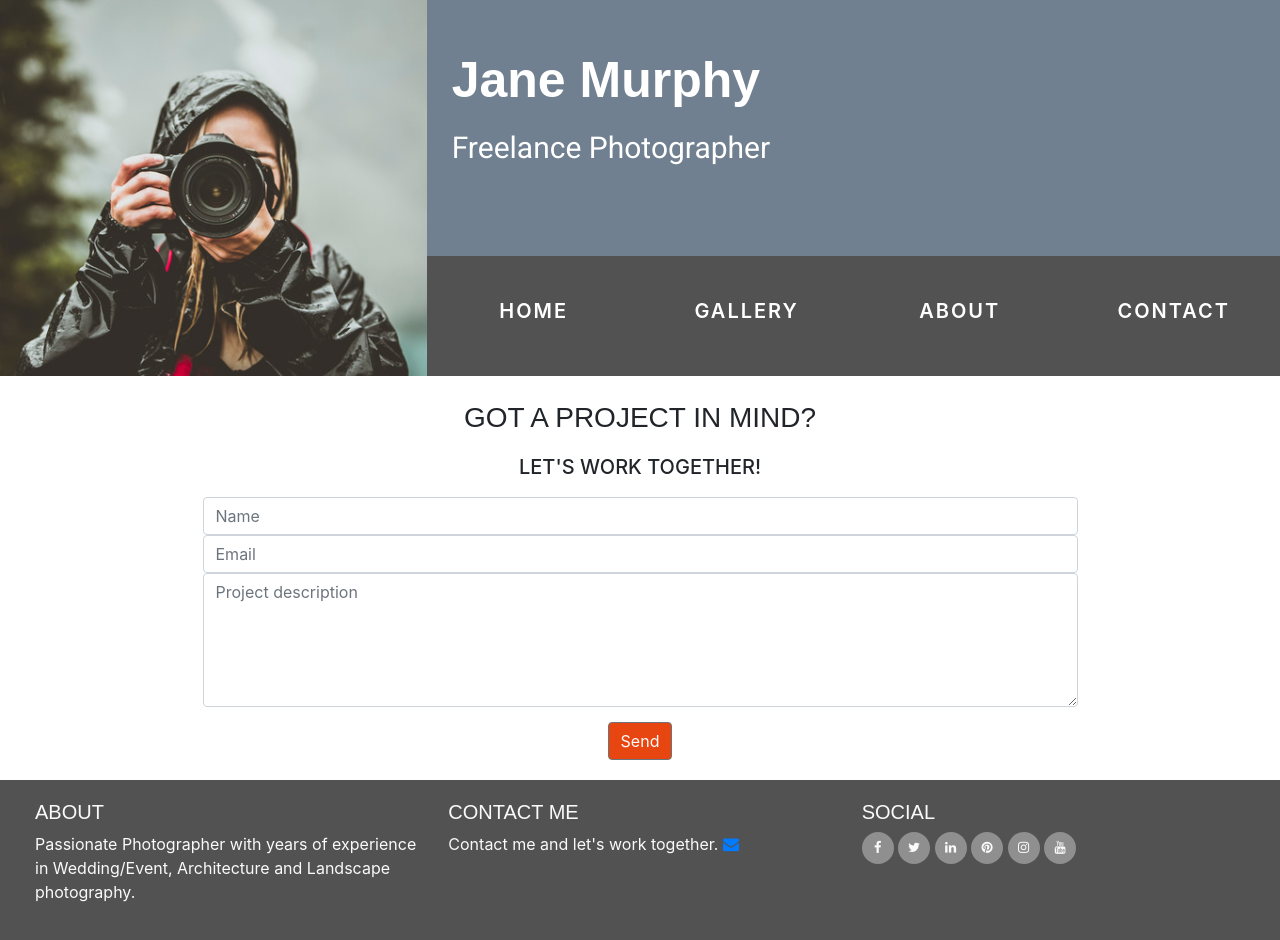
Repository: Code-Institute-Submissions/MrChrisRandall-milestone-1
Page: contact.html
The author's editor kept a record of every edit. The page is drawn from the files as they stood at one moment, then again after the next edit.
The browser window is 1280 px wide. The pictures show the whole page.

Above is the page before.

### contact.html
<!DOCTYPE html>
<html lang="en">

<head>
    <meta charset="UTF-8">
    <meta name="viewport" content="width=device-width, initial-scale=1.0">
    <meta http-equiv="X-UA-Compatible" content="ie=edge">
    <link rel="stylesheet" href="https://stackpath.bootstrapcdn.com/bootstrap/4.3.1/css/bootstrap.min.css" type="text/css" />
    <link rel="stylesheet" href="https://stackpath.bootstrapcdn.com/font-awesome/4.7.0/css/font-awesome.min.css" type="text/css" />
    <link rel="stylesheet" href="https://cdnjs.cloudflare.com/ajax/libs/hover.css/2.3.1/css/hover-min.css" type="text/css" />
    <link rel="stylesheet" href="assets/css/style.css" type="text/css" />
    <title>Studio 21</title>
</head>

<body>
    <header>
        <div class="row no-gutters">
            <a href="index.html" class="col-md-4 logo">

            </a>
            <div class="col-md-8">
                <div class="row no-gutters bg-color-name-title">
                    <div class="col heading">
                        <h1 class="name">Jane Murphy</h1>
                        <h2 class="title">Freelance Photographer</h2>
                    </div>
                </div>
                <div class="row no-gutters">
                    <div class="col">
                        <ul id="nav" class="list-inline menucontainer">
                            <li class="col-2 col-sm-3 ui-menu-color-home list-inline-item menuitem">
                                <a href="#" class="hvr-grow-shadow"><span>Home</span></a>
                            </li>
                            <li class="col-2 col-sm-3 ui-menu-color-gallery list-inline-item menuitem">
                                <a href="#" class="hvr-grow-shadow"><span>Gallery</span></a>
                            </li>
                            <li class="col-2 col-sm-3 ui-menu-color-about list-inline-item menuitem">
                                <a href="#" class="hvr-grow-shadow"><span>About</span></a>
                            </li>
                            <li class="col-2 col-sm-3 ui-menu-color-contact list-inline-item menuitem">
                                <a href="#" class="hvr-grow-shadow"><span>Contact</span></a>
                            </li>
                        </ul>
                    </div>
                </div>

            </div>
        </div>

    </header>

   <section class="container-fluid">
        <div class="row bg-color-contact">
            <div class="col">
                <h3 class="contact-heading uppercase text-center">Got a project in mind?</h3>
                <h5 class="uppercase text-center">Let's work together!</h5>

                <div class="center-form">
                    <form>
                        <input type="text" name="name" id="fullname" class="form-control" placeholder="Name" required />
                        <input type="email" name="email" id="emailaddress" class="form-control" placeholder="Email" required />
                        <textarea rows="5" name="projectsummary" id="projectsummary" class="form-control" placeholder="Project description" required></textarea>
                        <div class="form-row text-center">
                            <div class="col">
                                <button type="submit" class="btn btn-secondary">Send</button>
                            </div>
                        </div>
                    </form>
                </div>
            </div>
        </div>

    </section>

    <footer class="container-fluid">
        <div id="footer-details" class="row">
            <div class="col-sm-4">
                <h5 class="uppercase general-sub">About</h5>
                <p class="inline-block">
                    Passionate Photographer with years of experience in Wedding/Event, Architecture and Landscape photography.
                </p>
            </div>
            <div class="col-sm-4">
                <h5 class="uppercase general-sub">Contact Me</h5>
                <p class="inline-block">
                    Contact me and let's work together.
                    <a href="contact.html" class="contant-link">
                        <i class="fa fa-envelope" aria-hidden="true"></i>
                        <span class="sr-only">Contact link.</span>
                    </a>
                </p>
            </div>
            <div class="col-sm-4">
                <h5 class="uppercase general-sub">Social</h5>
                <ul class="list-inline social-links">
                    <li class="list-inline-item">
                        <a target="_blank" href="#">
                            <i class="fa fa-facebook" aria-hidden="true"></i>
                            <span class="sr-only">Facebook</span>
                        </a>
                    </li>
                    <li class="list-inline-item">
                        <a target="_blank" href="#">
                            <i class="fa fa-twitter" aria-hidden="true"></i>
                            <span class="sr-only">Twitter</span>
                        </a>
                    </li>
                    <li class="list-inline-item">
                        <a target="_blank" href="#">
                            <i class="fa fa-linkedin" aria-hidden="true"></i>
                            <span class="sr-only">LinkedIn</span>
                        </a>
                    </li>
                    <li class="list-inline-item">
                        <a target="_blank" href="#">
                            <i class="fa fa-pinterest" aria-hidden="true"></i>
                            <span class="sr-only">Pinterest</span>
                        </a>
                    </li>
                    <li class="list-inline-item">
                        <a target="_blank" href="#">
                            <i class="fa fa-instagram" aria-hidden="true"></i>
                            <span class="sr-only">Instagram</span>
                        </a>
                    </li>
                    <li class="list-inline-item">
                        <a target="_blank" href="#">
                            <i class="fa fa-youtube" aria-hidden="true"></i>
                            <span class="sr-only">YouTube</span>
                        </a>
                    </li>
                </ul>
            </div>
        </div>
    </footer>

</body>

</html>

### assets/css/style.css
@import url('https://fonts.googleapis.com/css?family=Roboto&display=swap:100,200,300,400,500,600,700|Exo:100,200,300,400,500,600,700');


/*--------------------------------------------------Colors*/

.bg-color-name-title {
    background-color: #708090;
}

.ui-menu-color-home {
    background-color: #525252;
}

.ui-menu-color-gallery {
    background-color: #525252;
}

.ui-menu-color-about {
    background-color: #525252;
}

.ui-menu-color-contact {
    background-color: #525252;
}

/*--------------------------------------------------General*/

h1,
h2,
h3,
h4 {
    margin: 0;
}

.uppercase {
    text-transform: uppercase;
}

.general-sub {
    font-family: "Exo", sans-serif;
    font-weight: 300;
    color: #fafafa
}

.inline-block {
    display: inline-block;
}

.row-table {
    display: table;
}

.section-column {
    display: table-cell;
    padding: 0 30px 30px;
    float: none;
}

.history-heading,
.section-heading {
    font-family: "Exo", sans-serif;
    font-weight: 300;
    margin-top: 25px;
    margin-bottom: 40px;
}

/*--------------------------------------------------Header*/

.header {
    margin: 0;
}

.heading {
    margin-left: 25px;
}

.logo {
    background: url(../images/pic.jpg);
    background-position: center;
    background-repeat: no-repeat;
    background-size: cover;
    min-height: 360px;
}

.name {
    font-family: "Exo", sans-serif;
    font-weight: 600;
    font-size: 50px;
    margin-top: 50px;
    color: #fff;
}

.title {
    font-family: "Roboto", sans-serif;
    font-weight: 400;
    font-size: 30px;
    margin-top: 20px;
    margin-bottom: 90px;
    color: #fff;
}

.list-inline-item:not(:last-child) {
    margin: 0;
}

.menucontainer {
    font-size: 0;
}

#nav {
    margin: 0;
}

#nav li {
    font-size: 14px;
    padding: 0;
}

.menuitem {
    height: 120px;
    text-align: center;
    padding: 0;
}

.menuitem a {
    width: 100%;
    text-decoration: none;
    color: #fff;
    height: 120px;
}

.menuitem span {
    display: block;
    width: 100%;
    padding-top: 40px;
    text-align: center;
    text-transform: uppercase;
    font-size: 20px;
    font-weight: 600;
    letter-spacing: 2px;
}

/*--------------------------------------------------Footer*/

footer {
    background-color: #525252;
    color: #fafafa;
    min-height: 120px;
    margin: 0;
}

.contact-link i {
    width: 32px;
    height: 32px;
    padding: 12px 0;
    border-radius: 50%;
    font-size: 13px;
    line-height: 7px;
    text-align: center;
    color: #fafafa;
    background: #8f8f8f;
    transition: all 0.35s ease-in-out;
    -moz-transition: all 0.35s ease-in-out;
    -webkit-transition: all 0.35s ease-in-out;
    -o-transition: all 0.35s ease-in-out;
}

.social-links {
    padding-bottom: 15px;
}

.social-links li a i {
    width: 32px;
    height: 32px;
    padding: 12px 0;
    border-radius: 50%;
    font-size: 13px;
    line-height: 7px;
    text-align: center;
    color: #fafafa;
    background: #8f8f8f;
    transition: all 0.35s ease-in-out;
    -moz-transition: all 0.35s ease-in-out;
    -webkit-transition: all 0.35s ease-in-out;
    -o-transition: all 0.35s ease-in-out;
}

.social-links li a i:hover {
    background: #708090;
}

#footer-details {
    padding: 20px;
}

/*--------------------------------------------------Personal Info*/

.personal-info-item {
    margin-bottom: 20px;
    display: block;
    clear: both;
}

.personal-info-item .key,
.personal-info-item .value {
    padding-right: 8px;
    display: inline-block;
}

.personal-info-item .key p,
.personal-info-item .value p {
    margin: 0;
}

.personal-info-item .key {
    width: 30%;
    margin-right: 21px;
    padding-top: 2px;
    vertical-align: top;
}

.personal-info-item .key p {
    font-weight: 700;
}

.personal-info-item .value {
    position: relative;
    width: 60%;
}

/*--------------------------------------------------Contact Form*/

.contact-heading {
    font-family: "Exo", sans-serif;
    font-weight: 300;
    margin-top: 25px;
    margin-bottom: 20px;
}

.center-form {
    padding-top: 10px;
    margin: 0 auto;
    max-width: 70%;
}

button[type="submit"] {
    margin-top: 15px;
    margin-bottom: 20px;
    color: #fafafa;
    background-color: #e84610;
}

/*--------------------------------------------------Gallery*/

.flex-container {
    width: 1280px;
    min-height: 500px;
    background: #fff;
    margin: 70px auto 0;
    display: flex;
    flex-direction: row;
    flex-wrap: wrap;
}

.flex-container .box {
    position: relative;
    width: 250px;
    height: 250px;
    background: #000000;
    margin: 25px;
    display: inline-block
}

.flex-container .box .imgBox {
    position: relative;
}

.flex-container .box .imgBox img {
    max-width: 100%;
    transform: transition 2s;
}
.flex-container .box:hover .imgBox {

}

After the next edit:
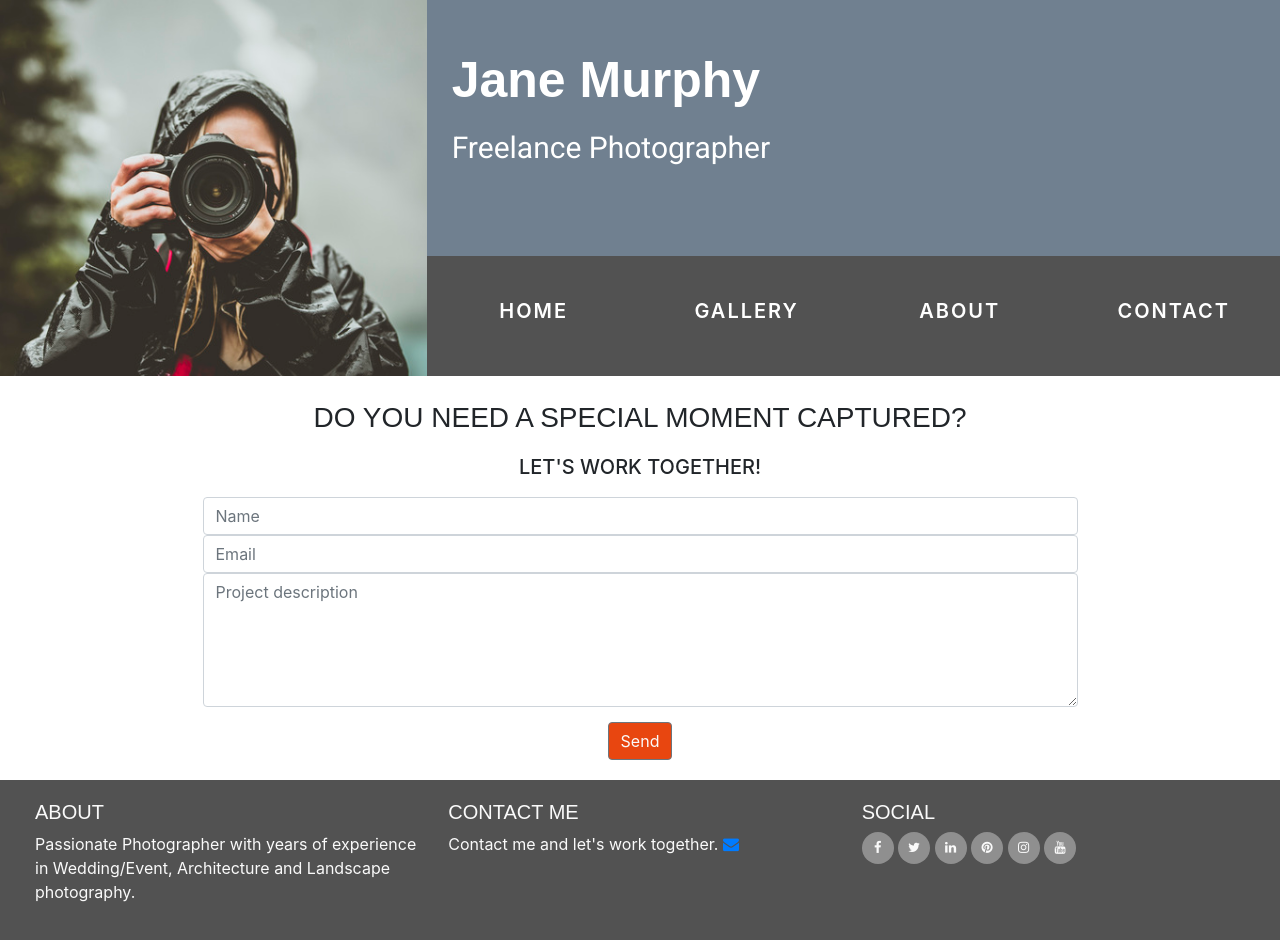
The edit:
--- a/contact.html
+++ b/contact.html
@@ -52,7 +52,7 @@
    <section class="container-fluid">
         <div class="row bg-color-contact">
             <div class="col">
-                <h3 class="contact-heading uppercase text-center">Got a project in mind?</h3>
+                <h3 class="contact-heading uppercase text-center">Do you need a special moment captured?</h3>
                 <h5 class="uppercase text-center">Let's work together!</h5>
 
                 <div class="center-form">
